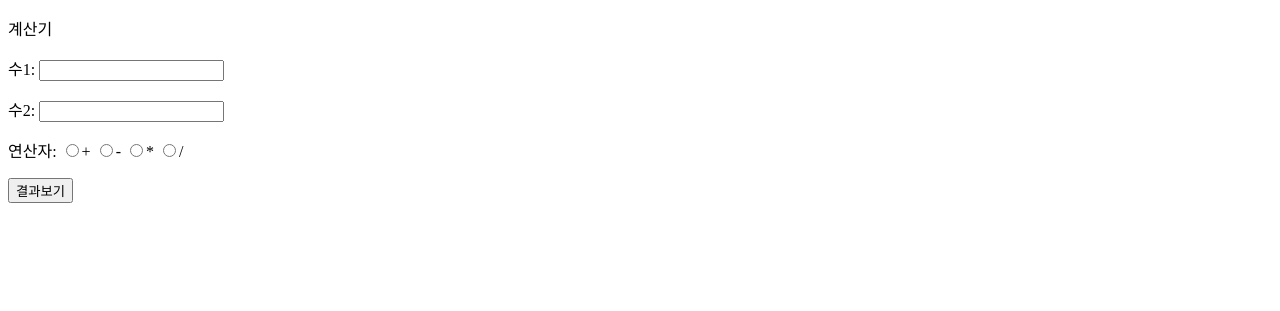
Repository: Kebiskim/2023_jspStudy
Page: 01_servlet/src/main/webapp/view/Ex07.html
The author's editor kept a copy of each file at every save. The page is drawn from the files as they stood at one save, then again after the next save.
The browser window is 1280 px wide. The pictures show the whole page.

Above is the page before, as saved 2023-06-30 04:08:19.

### 01_servlet/src/main/webapp/view/Ex07.html
<!DOCTYPE html>
<html>
<head>
<meta charset="UTF-8">
<title>Calculator</title>
<style type="text/css">
	div {
	  width : 100px;
	  height: 100px;
	  background-color: #f5d682;
	  border: 1px solid red;
	}
</style>
</head>
<body>
	<p>계산기</p>
	<p>수1: <input type="text" name="num1" id="num1"></p>
	<p>수2: <input type="text" name="num2" id="num2"></p>
	<p>연산자: <input type="radio" name="chk_info" value="CSS">+
			 <input type="radio" name="chk_info" value="CSS">-
			 <input type="radio" name="chk_info" value="CSS">*
			 <input type="radio" name="chk_info" value="CSS">/
	</p>
	<button>결과보기</button>
</body>
</html>

After the next save:
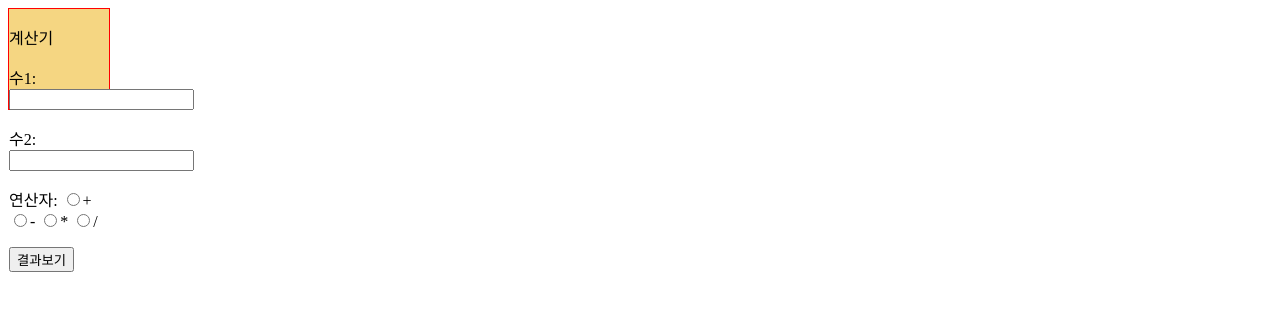
Saved 13 s later.
--- a/01_servlet/src/main/webapp/view/Ex07.html
+++ b/01_servlet/src/main/webapp/view/Ex07.html
@@ -13,14 +13,16 @@
 </style>
 </head>
 <body>
-	<p>계산기</p>
-	<p>수1: <input type="text" name="num1" id="num1"></p>
-	<p>수2: <input type="text" name="num2" id="num2"></p>
-	<p>연산자: <input type="radio" name="chk_info" value="CSS">+
-			 <input type="radio" name="chk_info" value="CSS">-
-			 <input type="radio" name="chk_info" value="CSS">*
-			 <input type="radio" name="chk_info" value="CSS">/
-	</p>
-	<button>결과보기</button>
+	<div>
+		<p>계산기</p>
+		<p>수1: <input type="text" name="num1" id="num1"></p>
+		<p>수2: <input type="text" name="num2" id="num2"></p>
+		<p>연산자: <input type="radio" name="chk_info" value="CSS">+
+				 <input type="radio" name="chk_info" value="CSS">-
+				 <input type="radio" name="chk_info" value="CSS">*
+				 <input type="radio" name="chk_info" value="CSS">/
+		</p>
+		<button>결과보기</button>
+	</div>
 </body>
 </html>
